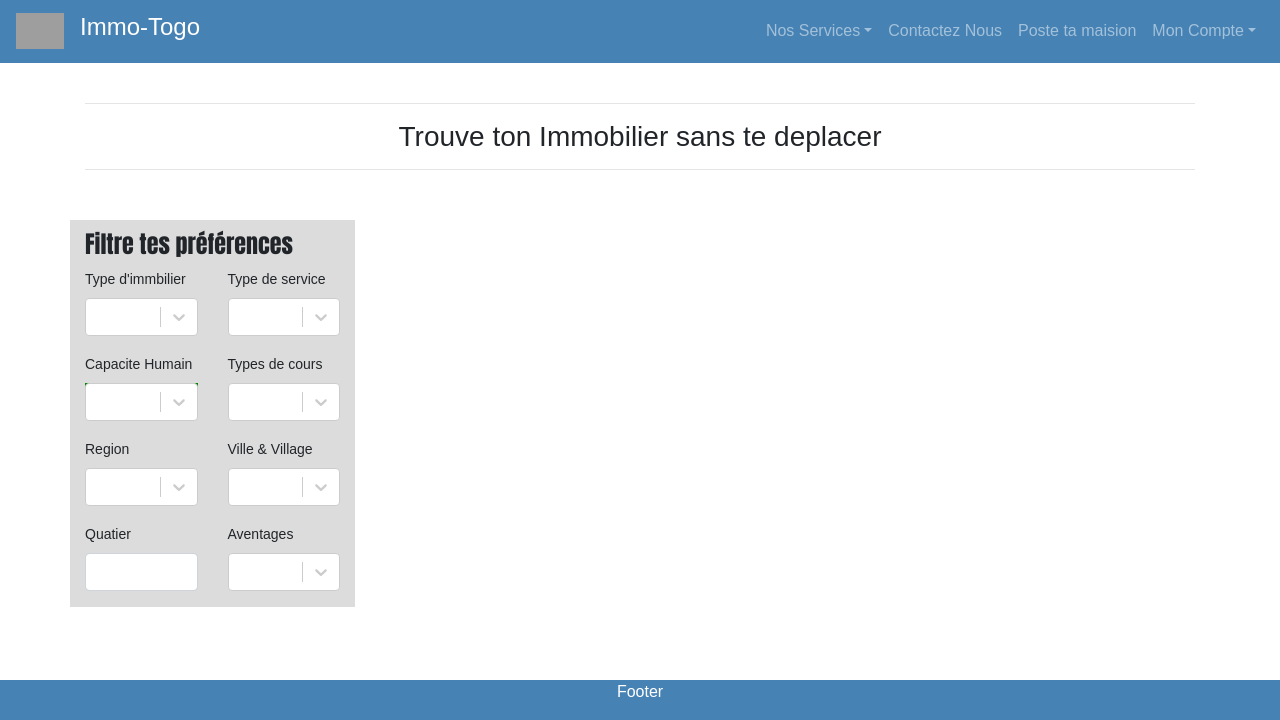
Repository: TAYLOR-YAO/immobilier-togo
Page: / (app in client/)
An editor plug-in stored every save of this project. The page is shown before and after the next save, followed by the edit.
The browser window is 1280 px wide. The pictures show the whole page.
Pictures or frames that could not be fetched are drawn as grey boxes. The page's requests for data from a server got no answer. The project was rebuilt for these pictures with package versions that can differ from the ones it lists, and the page was loaded fresh each time. No one was signed in, and anything a server would have sent is missing. Also part of the build but not shown: client/src/Components/RegisterHouses/RegisterHouse.css, client/src/Components/RegisterHouses/RegisterHouse.js, client/src/Components/Test_file.js, client/src/Components/test-2.js.

Above is the page before, as saved 2020-05-15 00:12:34.

After the next save:
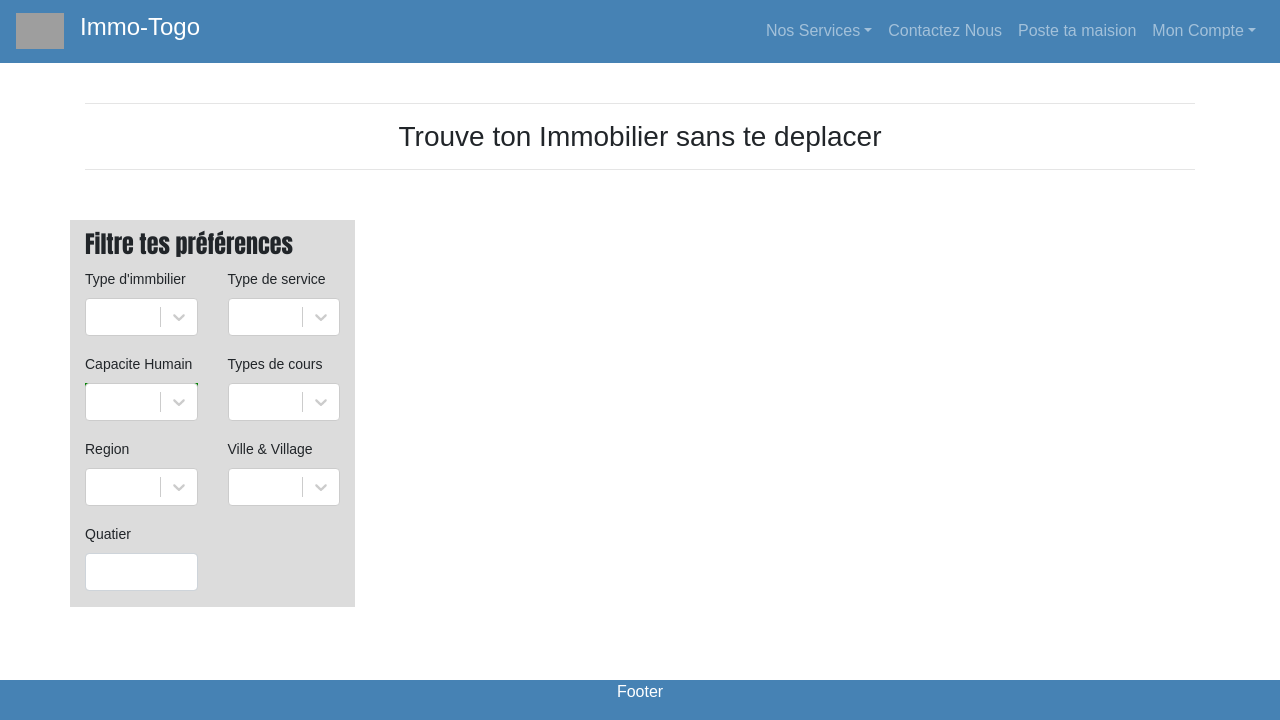
Saved 25 s later.
--- a/client/src/Components/LendingPage/LendingPage.js
+++ b/client/src/Components/LendingPage/LendingPage.js
@@ -244,7 +244,7 @@ render() {
                 <Form.Control type="text" placeholder="Ex: Adidogomé " value={this.state.quartier} name="quartier" onChange={this.handleInputsChanges}/>
               </Form.Group>
             </Col>
-            <Col sm={6}>
+            {/* <Col sm={6}>
               <Form.Group controlId="exampleForm.ControlSelect1" >
               <Form.Label style={{fontSize:"14px"}}>Aventages</Form.Label>
               <br/>
@@ -257,7 +257,7 @@ render() {
                   isMulti
                 />
               </Form.Group>
-            </Col>
+            </Col> */}
           </Row>
           </Col>
 {/* ===================================================================== */}
